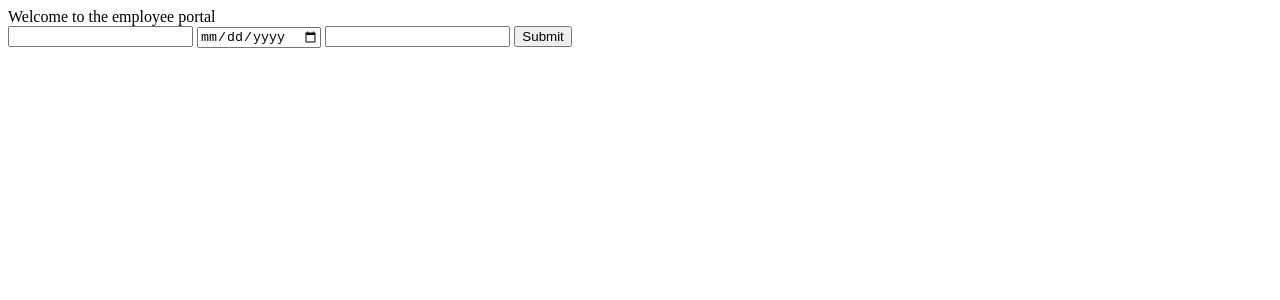
Repository: IshaMhashete/workspace2
Page: Hiber_Web/src/main/webapp/Inset_Emp.html
These files come from the project's save history. The page is drawn as it stood at one moment and after the next save; the edit follows.
The browser window is 1280 px wide. The pictures show the whole page.

Above is the page before, as saved 2019-12-09 05:58:42.

### Hiber_Web/src/main/webapp/Inset_Emp.html
<!DOCTYPE html>
<html>
<head>
<meta charset="ISO-8859-1">
<title>Insert title here</title>
</head>
<body>
Welcome to the employee portal
<form action="dao">
<input type="text" name="name_Of_Emp">
<input type="date" name="doj"/>
<input type="number" name="salary">
<input type="submit" name="submit">
</form>
</body>
</html>

After the next save:
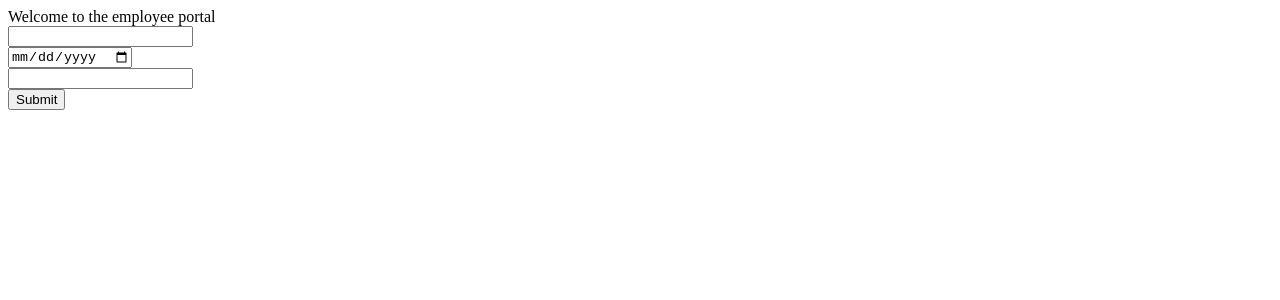
Saved 19 s later.
--- a/Hiber_Web/src/main/webapp/Inset_Emp.html
+++ b/Hiber_Web/src/main/webapp/Inset_Emp.html
@@ -7,9 +7,9 @@
 <body>
 Welcome to the employee portal
 <form action="dao">
-<input type="text" name="name_Of_Emp">
-<input type="date" name="doj"/>
-<input type="number" name="salary">
+<input type="text" name="name_Of_Emp"><br>
+<input type="date" name="doj"/><br>
+<input type="number" name="salary"><br>
 <input type="submit" name="submit">
 </form>
 </body>
